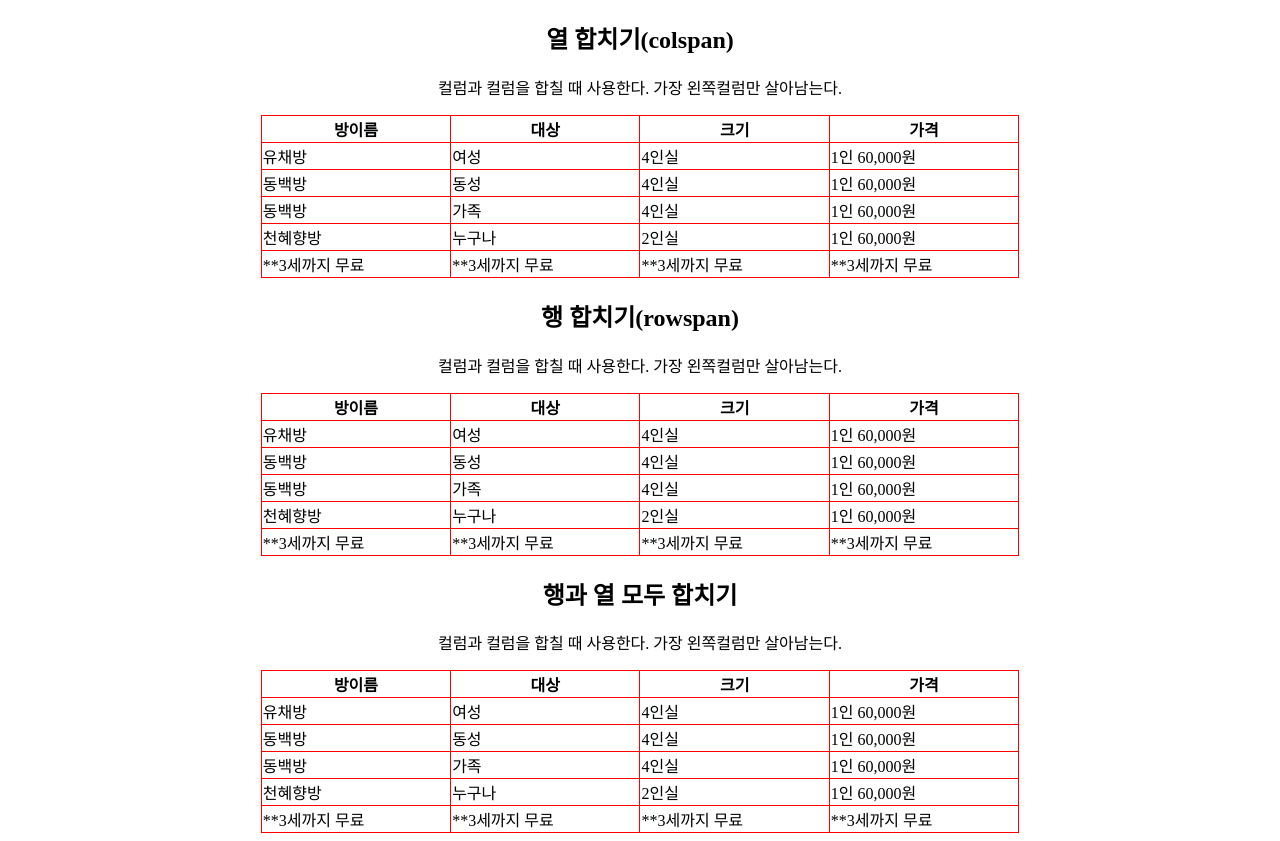
Repository: claddds/2023_webstudy
Page: 01_html/src/main/webapp/day03/ex01_table_span.html
The author's editor kept a copy of each file at every save. The page is drawn from the files as they stood at one save, then again after the next save.
The browser window is 1280 px wide. The pictures show the whole page.

Above is the page before, as saved 2023-06-21 01:01:43.

After the next save:
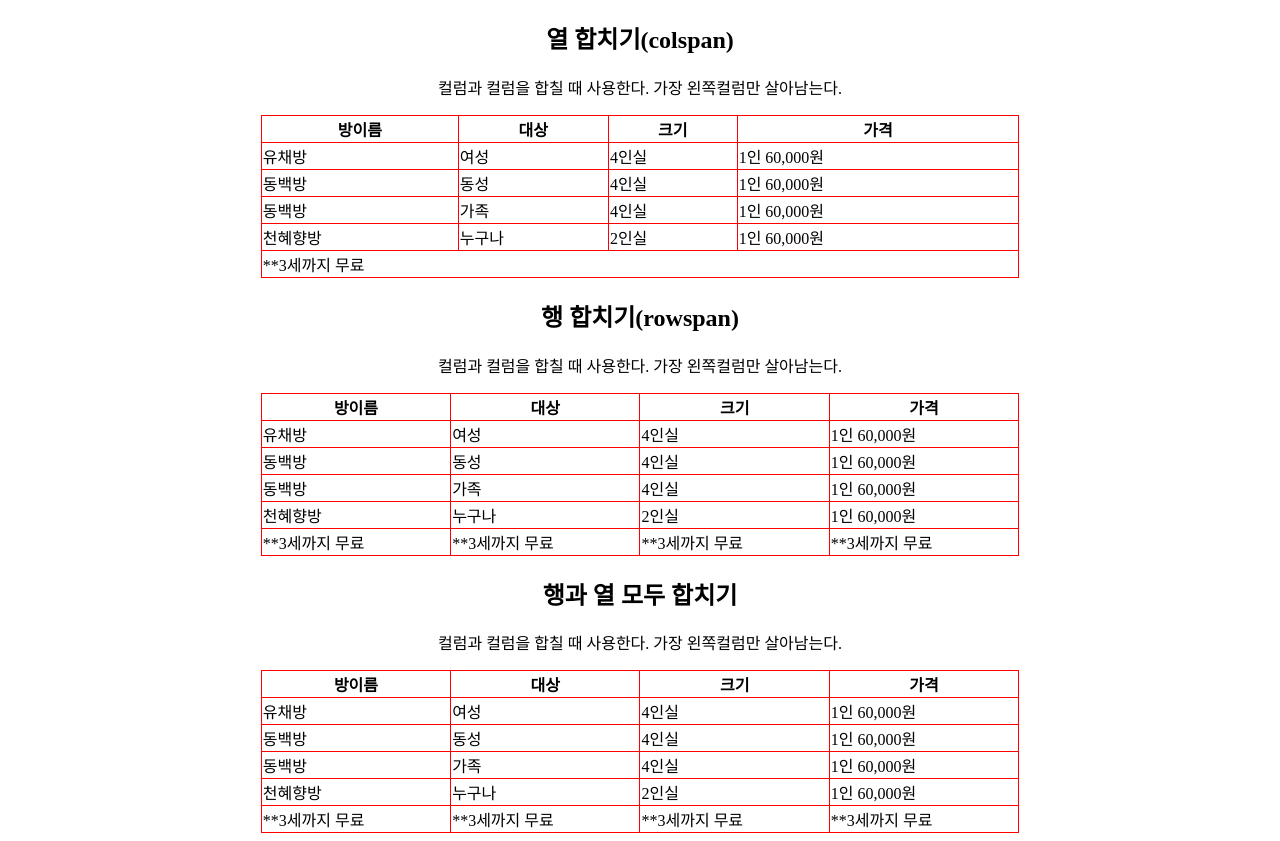
Saved 109 s later.
--- a/01_html/src/main/webapp/day03/ex01_table_span.html
+++ b/01_html/src/main/webapp/day03/ex01_table_span.html
@@ -46,7 +46,7 @@
 		</tbody>
 		<tfoot>
 			<tr>
-				<td>**3세까지 무료</td><td>**3세까지 무료</td><td>**3세까지 무료</td><td>**3세까지 무료</td>
+				<td colspan="4">**3세까지 무료</td>
 			</tr>
 		</tfoot>
 	</table>
